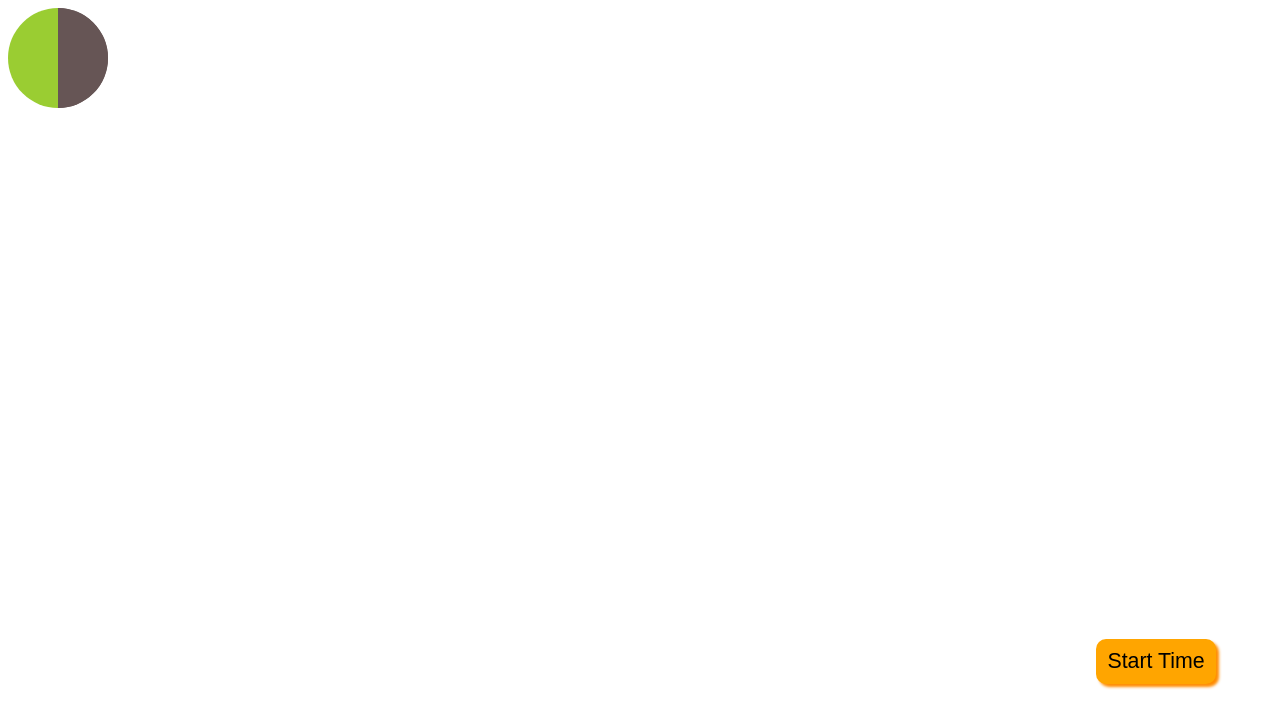
Repository: sylviaah/dynamicmidterm
Page: timer.html
An editor plug-in stored every save of this project. The page is shown before and after the next save, followed by the edit.
The browser window is 1280 px wide. The pictures show the whole page.

Above is the page before, as saved 2020-03-12 22:53:47.

### timer.html
<!DOCTYPE html>
<html>
    <head>
        <title>Timer</title>
        <link rel="stylesheet" href="timer.css">
    </head>
    <body>
        <div class="timer"></div>

        <div class="startTime" onclick="time()">Start Time</div>

        <script src="timer.js"></script>
    </body>
</html>

### timer.css
.timer {
    visibility: visible;
    width: 100px;
    height: 100px;
    border-radius: 50%;
    background: yellowgreen;
    background-image:
    linear-gradient(to right, transparent 50%, #655 0);
  }

.timer::before {
    content: '';
    display: block;
    margin-left: 50%;
    height: 100%;
    border-radius: 0 100% 100% 0 / 50%;
    background-color: inherit;
    transform-origin: left;
    transform: rotate(0deg);
    animation: spin 1s linear infinite,
             bg 2s step-end infinite;
}

@keyframes spin {
    to { transform: rotate(.5turn); }
  }

@keyframes bg {
    50% { background: #655; }
}

.startTime{
    display: flex;
    position: fixed;
    bottom: 5%;
    right: 5%;
    width: 100px;
    justify-content: center;
    border-radius: 10px;
    padding: 10px 10px;
    background-color:orange;
    font-size: 16pt;
    font-family: Arial, Helvetica, sans-serif;
    box-shadow: 3px 3px 3px darkorange;
}

### timer.js
var time = document.querySelector(".timer");
var style = window.getComputedStyle(time,':before').transform;

    function time(){
        document.querySelector(".timer").style.display = "block";
        if(time = "rotate(175deg)"){
            alert("It works");
        }
    }

After the next save:
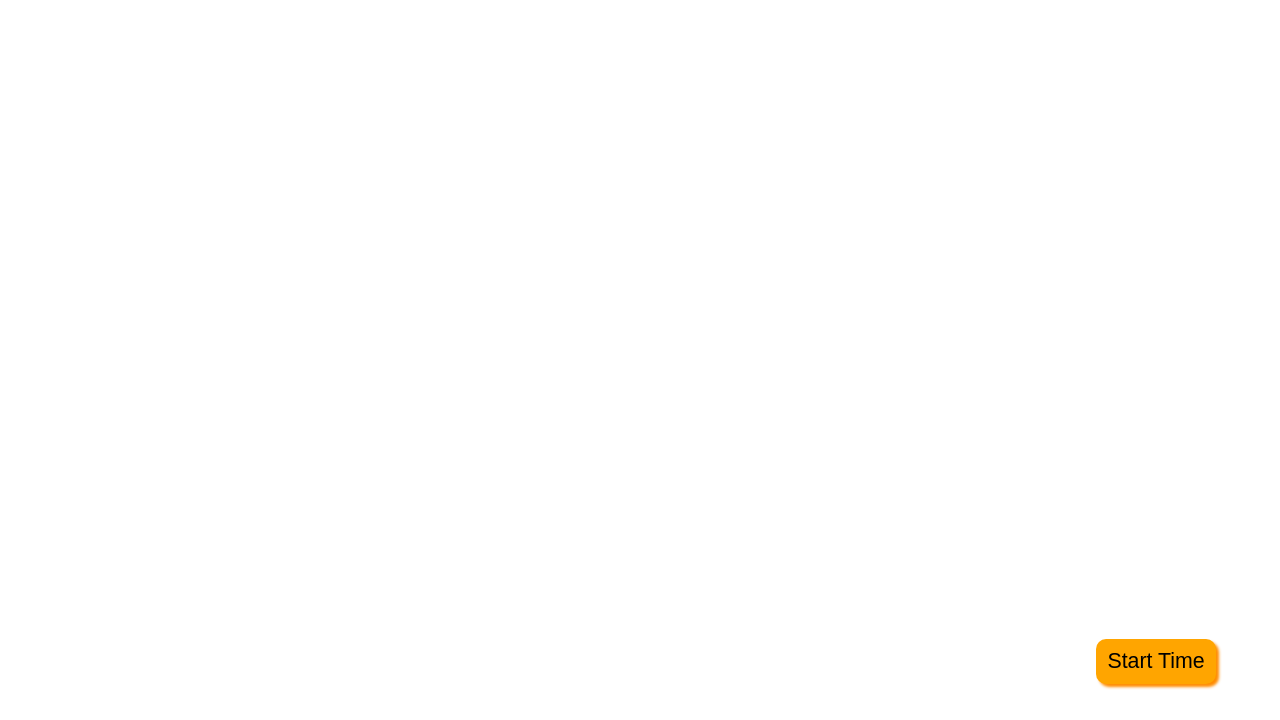
Saved 5 s later.
--- a/timer.css
+++ b/timer.css
@@ -1,5 +1,5 @@
 .timer {
-    visibility: visible;
+    visibility: hidden;
     width: 100px;
     height: 100px;
     border-radius: 50%;
